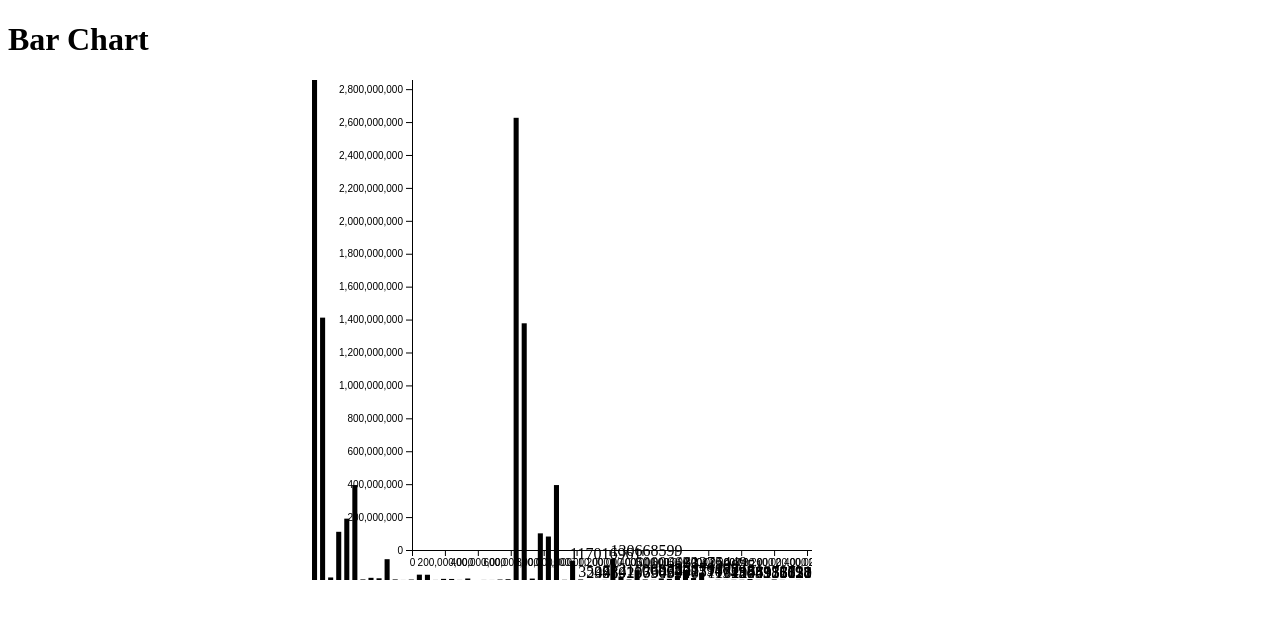
Repository: komalharjani/d3js-visualisation
Page: index.html
An editor plug-in stored every save of this project. The page is shown before and after a run of saves, followed by the edit.
The browser window is 1280 px wide. The pictures show the whole page.

Above is the page before, as saved 2020-04-29 18:18:35.

### index.html
<!DOCTYPE html>
<html lang="en">
<head>
    <meta charset="UTF-8">
    <meta name="viewport" content="width=device-width, initial-scale=1.0">
    <title>Information Visualisation Practical 3</title>
</head>
<body>
    <div id="barChart"></div>
    <h1>Bar Chart</h1>
    <svg></svg>

</body>
<script src="https://d3js.org/d3.v5.min.js"></script>
<script src="index.js"></script>
</html>

### index.js

let dataPath = "data/energy.csv";
d3.csv(dataPath)
        .then(function (data) {

                let finals = [];

                //Filter Data into new object
                for (let i = 0; i < data.length; i++) {
                        if (data[i].region == "Combined" && data[i].year == 1990) {
                                finals.push({
                                        amount: parseInt(data[i].amount),
                                        type: data[i].type,
                                })
                        }
                }
                console.log(finals);

                let width = 500;
                let height = 500;
                let margin = {
                        top: 20,
                        right: 20,
                        bottom: 20,
                        left: 50
                };
                let barwidth = (width / finals.length);

                //Append to HTML Document
                let svg = d3.select("body")
                        .append("svg")
                        .attr("height", height)
                        .attr("width", width);

                //Scales
                let xscale = d3.scaleLinear()
                        .domain([0, d3.max(finals, d => d.amount)])
                        .range([0, height]);

                let yscale = d3.scaleLinear()
                        .domain([0, d3.max(finals, d => d.amount)])
                        .range([width, 0]);

                // text scales
                // let yscale = d3.scaleBand()
                // .domain(data.map(d => d.type))
                // .range(0, width);

                //Axis

                let y_axis = d3.axisLeft()
                        .scale(yscale);

                svg.append("g")
                        .attr("transform", "translate(100,-30)")
                        .call(y_axis)


                //X Axis
                let x_axis = d3.axisBottom()
                        .scale(xscale);
                let xAxisTranslate = height - 30;
                svg.append("g")
                        .attr("transform", "translate(100, " + xAxisTranslate + ")")
                        .call(x_axis)


                //Barchart
                let barChart = svg.selectAll("rect") //add rectangles to all data
                        .data(finals) //provide finals as dataset
                        .enter()
                        .append("rect")
                        .attr("y", function (d) {
                                return height - xscale(d.amount);
                        })
                        .attr("height", function (d) {
                                return xscale(d.amount);
                        })
                        .attr("width", barwidth - 3)
                        //problem is here with displaying axis and
                        .attr("transform", function (d, i) {
                                let translate = [barwidth * i, 0];
                                return "translate(" + translate + ")";
                        })
                        .attr("fill", 'black');

                // Barchart Text
                let text = svg.selectAll("text")
                        .data(finals)
                        .enter()
                        .append("text")
                        .text(function (d) {
                                return d.amount;
                        })
                        .attr("y", function (d, i) {
                                return height - xscale(d.amount) - 2;
                        })
                        .attr("x", function (d, i) {
                                return barwidth * i;
                        })

        });

After the next 5 saves:
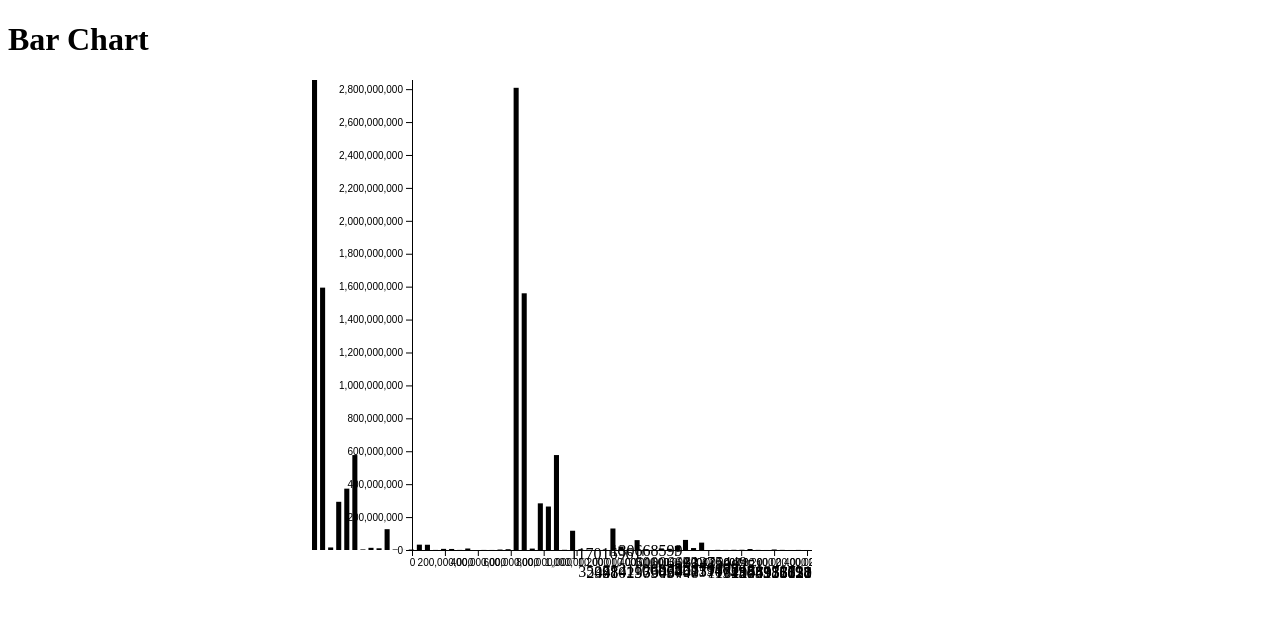
The 5 saves are shown as one change because they came seconds apart.
The last was saved 14 s later.
--- a/index.js
+++ b/index.js
@@ -79,7 +79,7 @@ d3.csv(dataPath)
                         .attr("width", barwidth - 3)
                         //problem is here with displaying axis and
                         .attr("transform", function (d, i) {
-                                let translate = [barwidth * i, 0];
+                                let translate = [barwidth * i, -30];
                                 return "translate(" + translate + ")";
                         })
                         .attr("fill", 'black');
